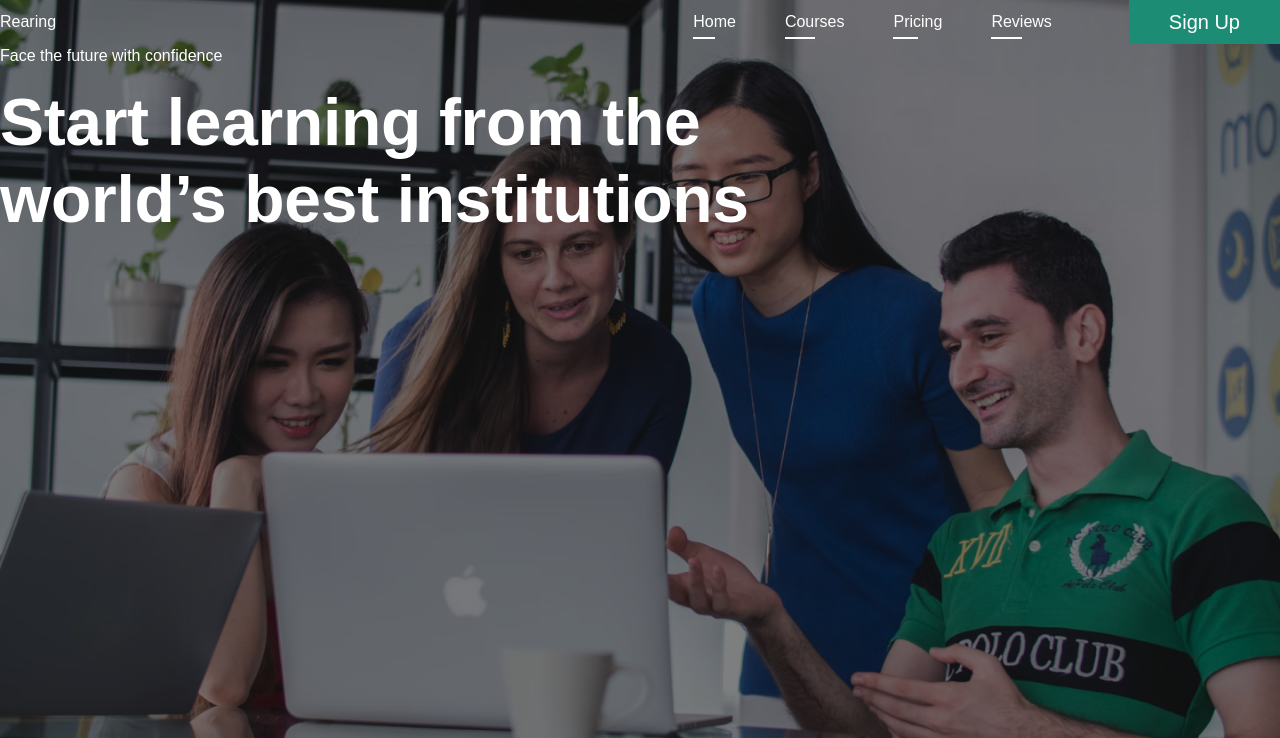
Repository: vandangnhathung/educationplatform
Page: /
These files come from the project's save history. The page is drawn as it stood at one moment and after the next save; the edit follows.
The browser window is 1280 px wide. The pictures show the whole page.
The project was rebuilt for these pictures with package versions that can differ from the ones it lists, and the page was loaded fresh each time.

Above is the page before, as saved 2022-06-20 15:05:55.

### src/index.js
import React from "react";
import ReactDOM from "react-dom/client";
import App from "./App";
import reportWebVitals from "./reportWebVitals";
import "./index.css";
const root = ReactDOM.createRoot(document.getElementById("root"));
root.render(
  <React.StrictMode>
    <App />
  </React.StrictMode>
);

// If you want to start measuring performance in your app, pass a function
// to log results (for example: reportWebVitals(console.log))
// or send to an analytics endpoint. Learn more: https://bit.ly/CRA-vitals
reportWebVitals();

### src/App.js
import Header from "./components/Header";

function App() {
  return (
    <>
      <Header></Header>
    </>
  );
}

export default App;

### src/index.css
@tailwind base;
@tailwind components;
@tailwind utilities;
@import url("https://fonts.googleapis.com/css2?family=Urbanist:wght@100;200;300;400;500;600;700;800&display=swap");
*,
*::before,
*::after {
  box-sizing: border-box;
}
* {
  margin: 0;
  padding: 0;
}

html,
body {
  height: 100%;
}
body {
  line-height: 1.5;
  font-family: "Urbanist", sans-serif;
}

img,
picture,
video,
canvas,
svg {
  display: block;
  max-width: 100%;
}
input,
button,
textarea,
select {
  font: inherit;
  outline: none;
}
p,
h1,
h2,
h3,
h4,
h5,
h6 {
  overflow-wrap: break-word;
}

.container {
  max-width: 1280px;
  margin: 0 auto;
  width: 100%;
}

.active {
  position: relative;
}

.active::before {
  content: "";
  display: block;
  position: absolute;
  bottom: -5px;
  width: 50%;
  padding: 1px;
  left: 0;
  background-color: #fff;
}

### src/components/Header.js
import React, { useEffect } from "react";
import headerImg from "../images/Images.png";
const Header = () => {
  const headerNav = [
    {
      id: 1,
      title: "Home",
    },
    {
      id: 2,
      title: "Courses",
    },
    {
      id: 3,
      title: "Pricing",
    },
    {
      id: 4,
      title: "Reviews",
    },
  ];
  return (
    <header>
      <div className="relative">
        <img src={headerImg} alt="header_img" className="w-full" />
        <div className="absolute inset-0 bg-black opacity-50"></div>
        <div class="absolute top-0  left-0 right-0 ">
          <div class="container">
            <div className=" header-top text-white flex items-center justify-between">
              <div className="">Rearing</div>
              <div className="flex items-center">
                <nav className="mr-[77px]">
                  <ul className="flex items-center  gap-x-[49px] ">
                    {headerNav.map((item) => (
                      <li className="active cursor-pointer" key={item.id}>
                        {item.title}
                      </li>
                    ))}
                  </ul>
                </nav>
                <button className="py-2 px-10 bg-[#1D8C74] text-white text-xl ">
                  Sign Up
                </button>
              </div>
            </div>

            <div className="slogan text-white">
              <h3 className="text-base mb-4">
                Face the future with confidence
              </h3>
              <h1 className="desc max-w-[770px] text-[66px] leading-[77px] w-full tracking-[-0.02rem] font-bold">
                Start learning from the world’s best institutions
              </h1>
            </div>
          </div>
        </div>
      </div>
    </header>
  );
};

export default Header;

Loaded but not shown: public/index.html (common file); src/reportWebVitals.js (common file); tailwind.config.js (common file)

After the next save:
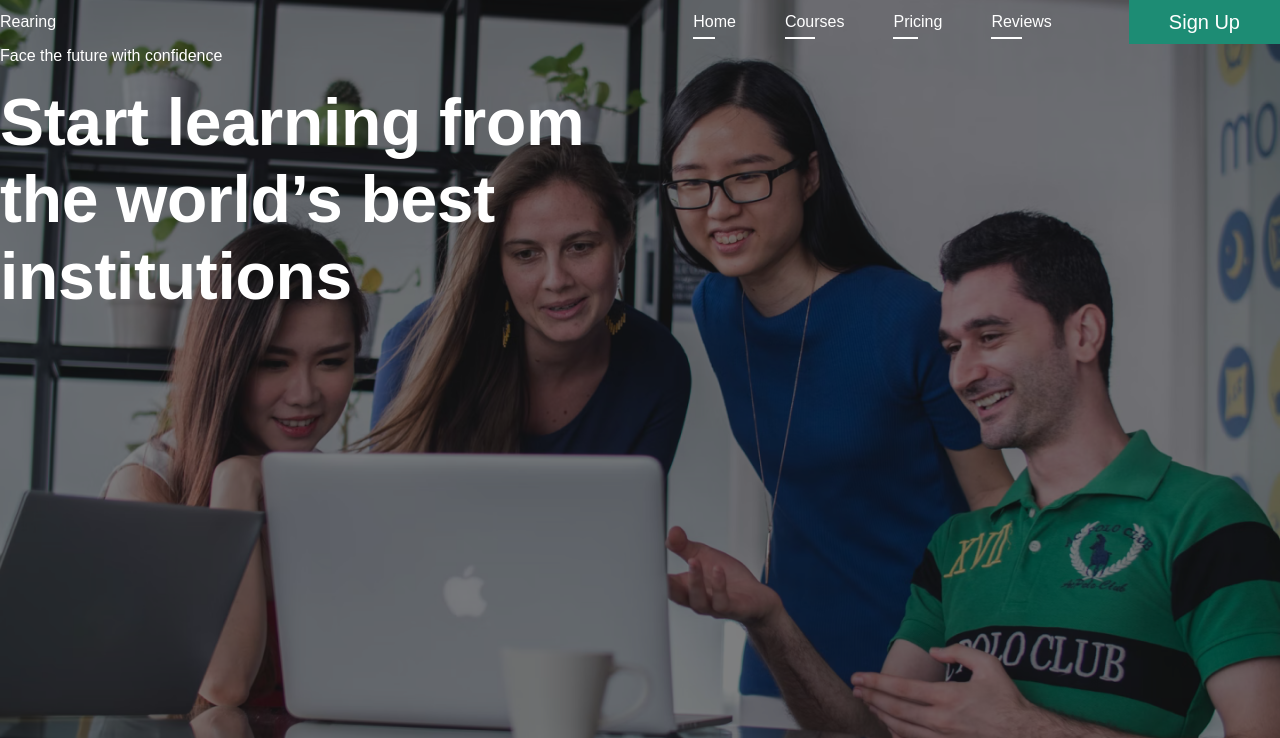
Saved 22 s later.
--- a/src/components/Header.js
+++ b/src/components/Header.js
@@ -48,7 +48,7 @@
               <h3 className="text-base mb-4">
                 Face the future with confidence
               </h3>
-              <h1 className="desc max-w-[770px] text-[66px] leading-[77px] w-full tracking-[-0.02rem] font-bold">
+              <h1 className="desc max-w-[700px] text-[66px] leading-[77px] w-full tracking-[-0.02rem] font-bold">
                 Start learning from the world’s best institutions
               </h1>
             </div>

After the 3 saves that followed:
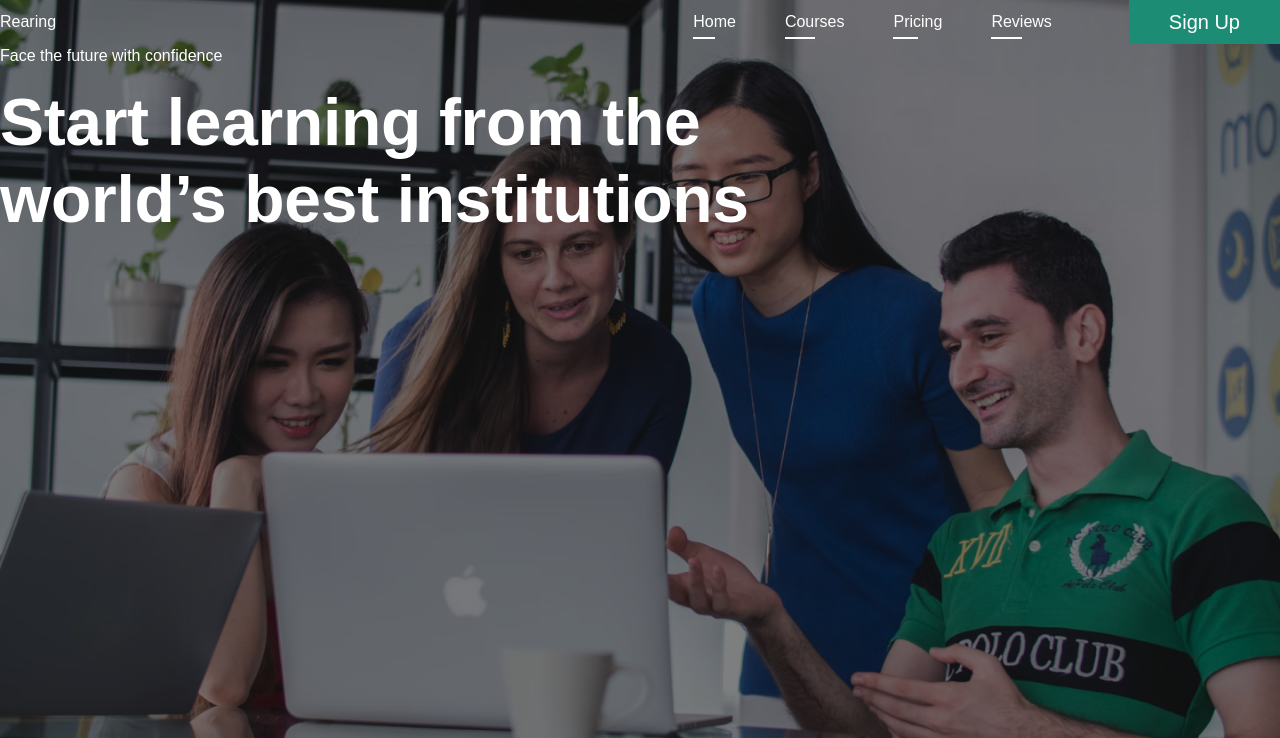
The 3 saves are shown as one change because 2 left the picture as it was.
The last was saved 45 s later.
--- a/src/components/Header.js
+++ b/src/components/Header.js
@@ -48,7 +48,7 @@
               <h3 className="text-base mb-4">
                 Face the future with confidence
               </h3>
-              <h1 className="desc max-w-[700px] text-[66px] leading-[77px] w-full tracking-[-0.02rem] font-bold">
+              <h1 className="desc max-w-[777px] text-[66px] leading-[77px] w-full tracking-[-0.02rem] font-bold">
                 Start learning from the world’s best institutions
               </h1>
             </div>
